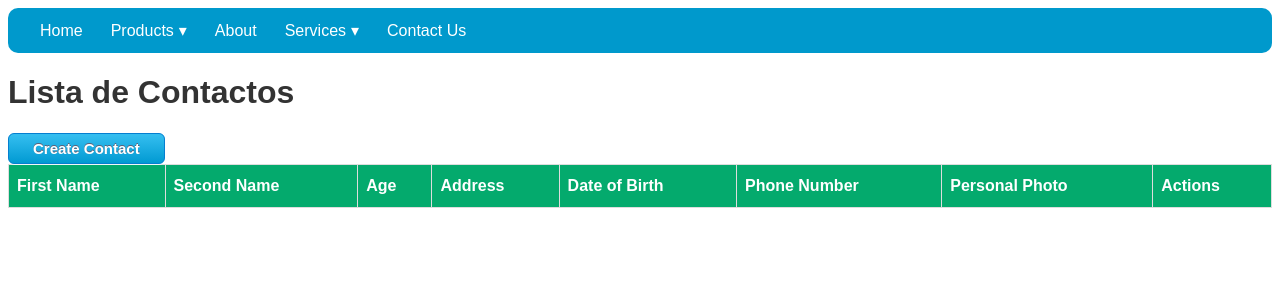
Repository: fgala1619/frontSistGestionBank
Page: index.html
An editor plug-in stored every save of this project. The page is shown before and after the next save, followed by the edit.
The browser window is 1280 px wide. The pictures show the whole page.
The page's requests for data from a server got no answer.

Above is the page before, as saved 2023-07-27 20:20:46.

After the next save:
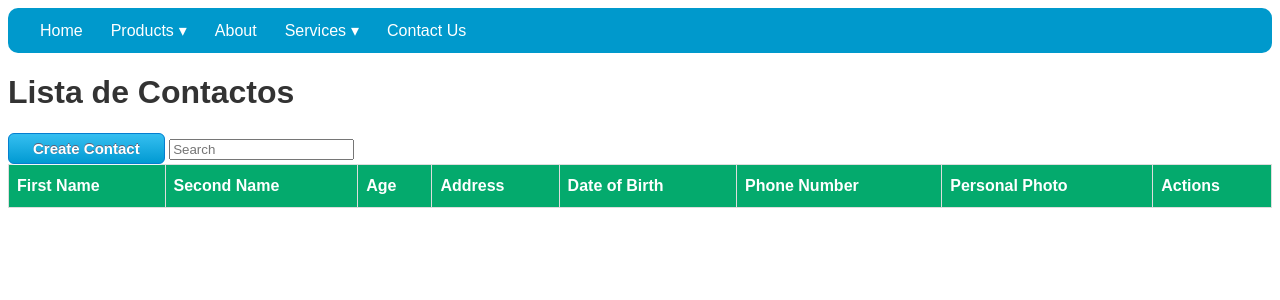
Saved 32 min 32 s later.
--- a/index.html
+++ b/index.html
@@ -32,6 +32,8 @@
 <h1>Lista de Contactos</h1>
 
 <a onclick="agregar()" href="#" class="myButton">Create Contact</a>
+
+<input id="txtBuscar" type="text" placeholder="Search" size="20" /><br/>
 
 <table id="customers">
   <thead>
